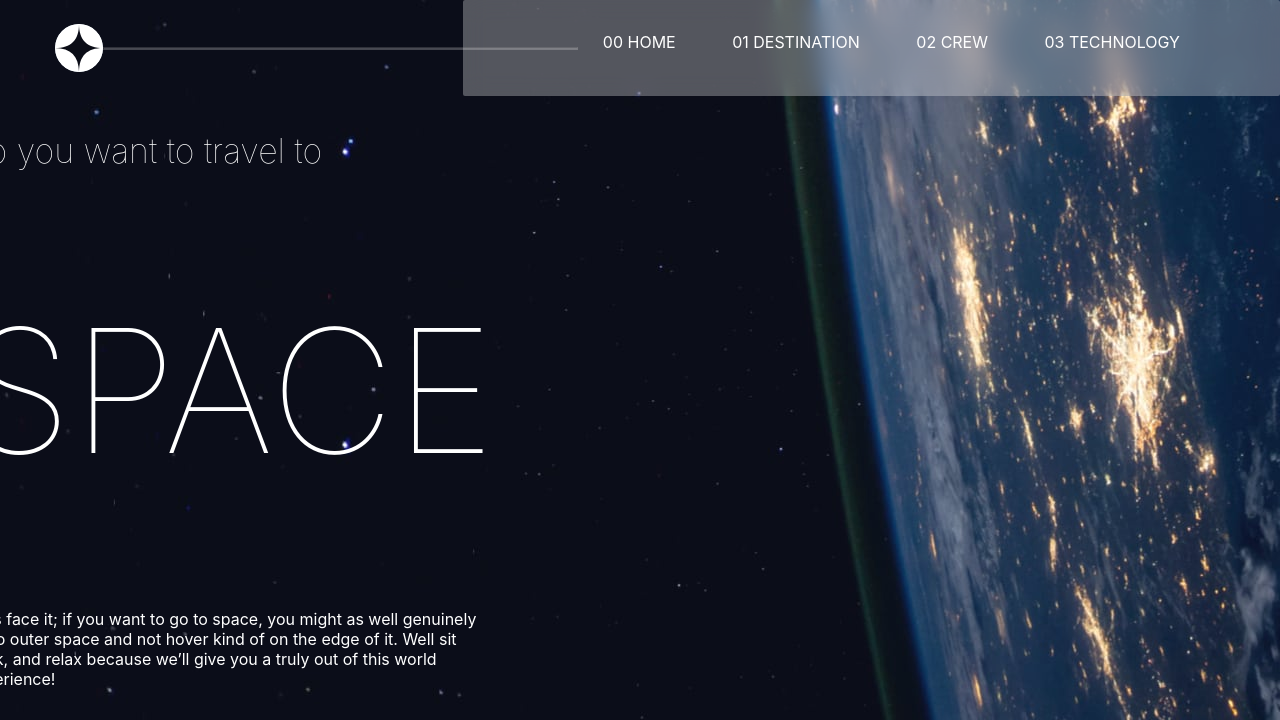
Repository: jhonenmanuel1/FrontEndMentor-MultiPageSpace
Page: /
The author's editor kept a copy of each file at every save. The page is drawn from the files as they stood at one save, then again after the next save.
The browser window is 1280 px wide. The pictures show the whole page.
The project was rebuilt for these pictures with package versions that can differ from the ones it lists, and the page was loaded fresh each time.

Above is the page before, as saved 2022-06-21 16:33:45.

After the next save:
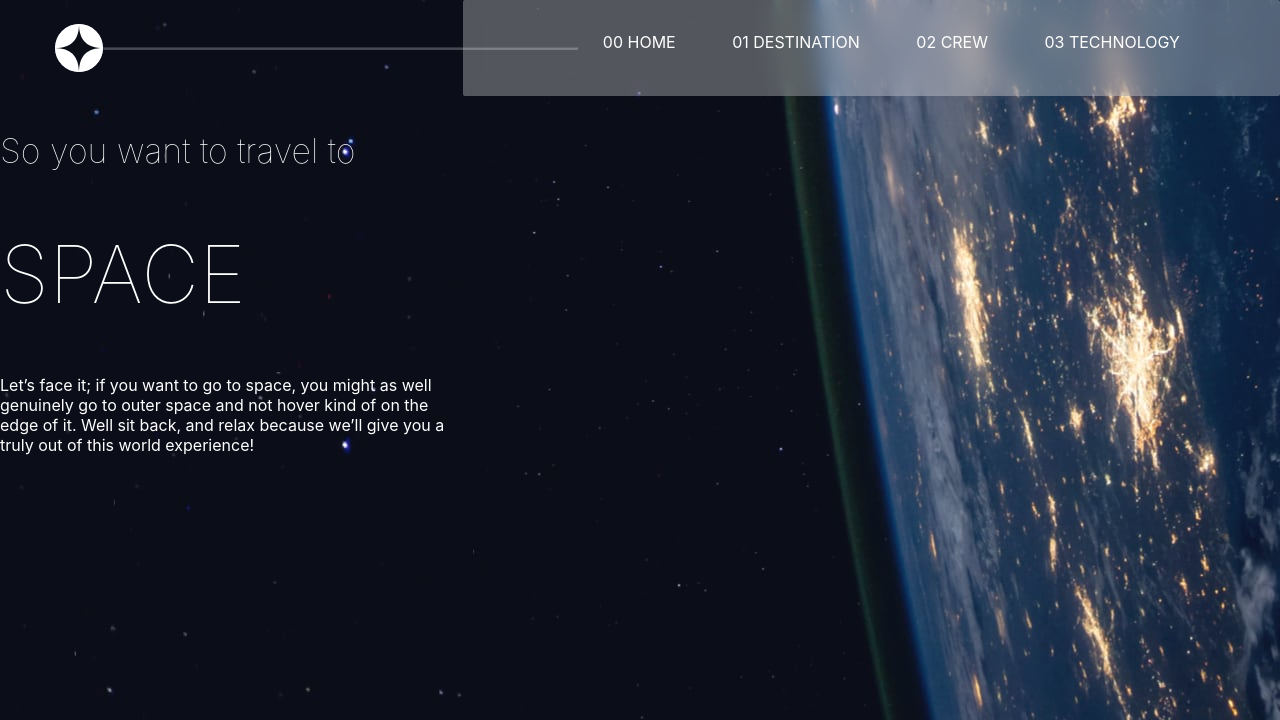
Saved 29 s later.
--- a/src/styles/homeview.module.css
+++ b/src/styles/homeview.module.css
@@ -14,5 +14,5 @@ body{
 }
 .homeSpaceTargeth1{
     font-weight: 1;
-    font-size: 172px;
+    font-size: 80px;
 }
